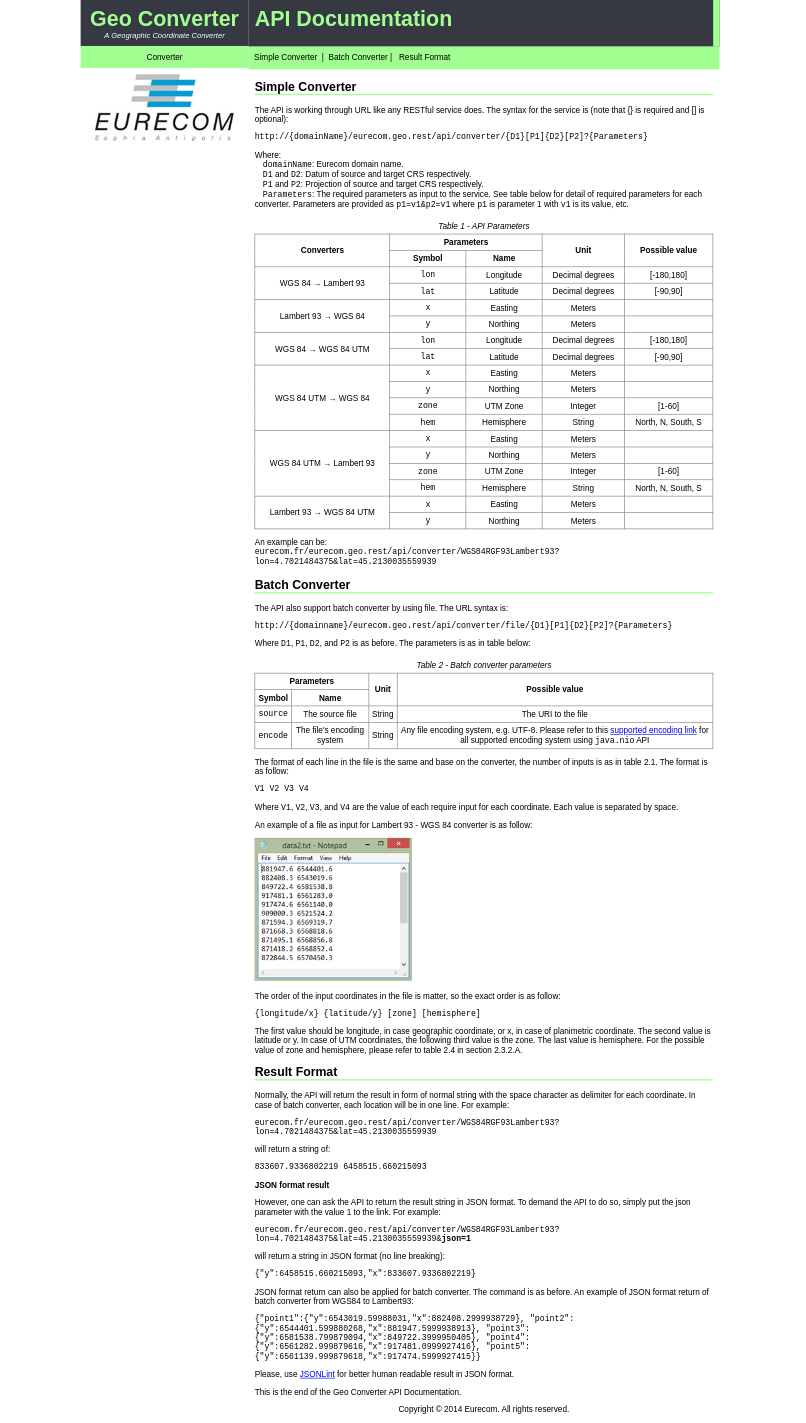
Repository: vienlam/Geo
Page: eurecom.geo.rest/WebContent/readme.html
An editor plug-in stored every save of this project. The page is shown before and after the next save, followed by the edit.
The browser window is 1280 px wide. The pictures show the whole page, at 63% of full size.

Above is the page before, as saved 2014-02-08 20:27:20.

After the next save:
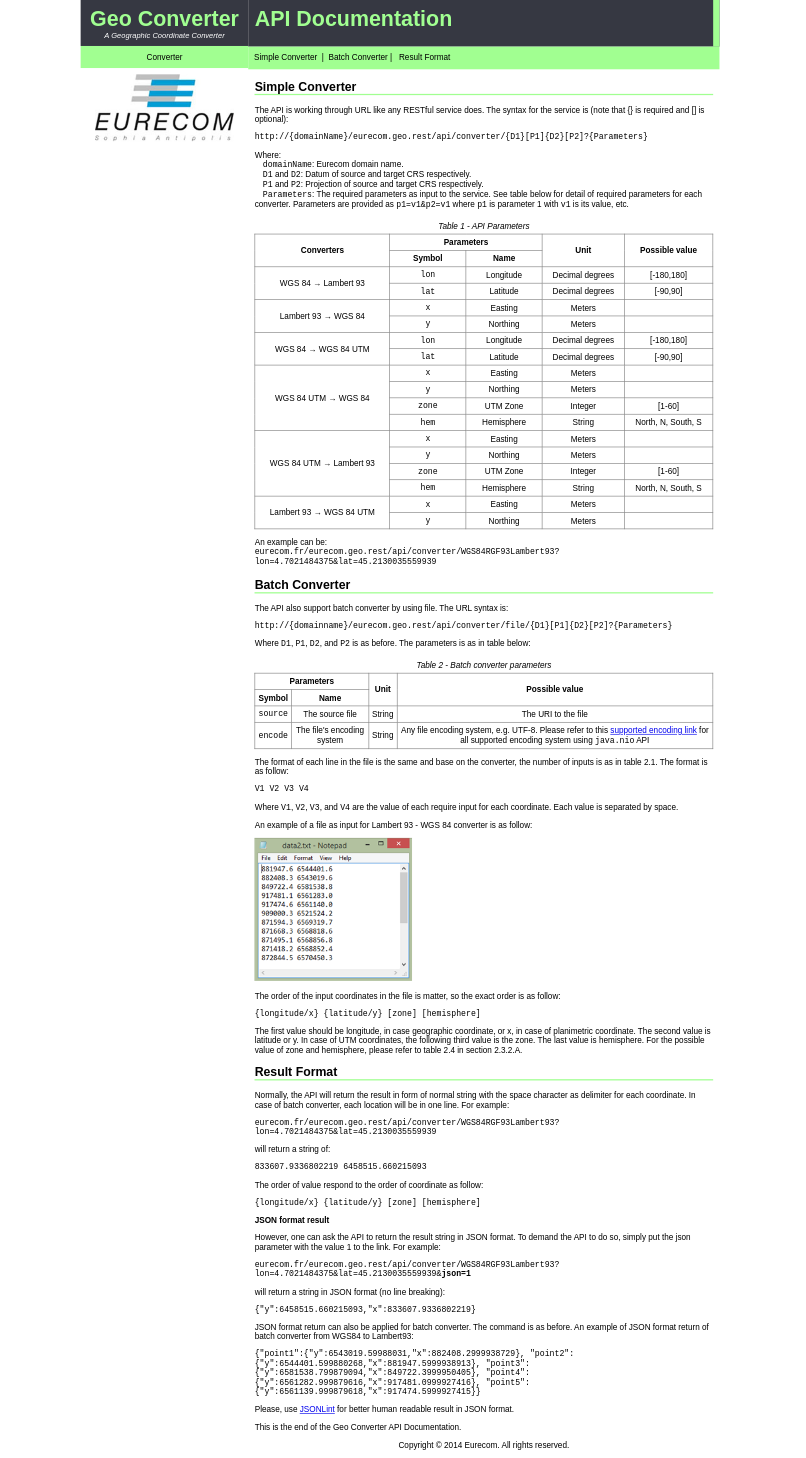
Saved 44 min 41 s later.
--- a/eurecom.geo.rest/WebContent/readme.html
+++ b/eurecom.geo.rest/WebContent/readme.html
@@ -204,6 +204,8 @@
 			<p class="code">eurecom.fr/eurecom.geo.rest/api/converter/WGS84RGF93Lambert93?lon=4.7021484375&lat=45.2130035559939</p>
 			<p>will return a string of:</p>
 			<p class="code">833607.9336802219 6458515.660215093</p>
+			<p>The order of value respond to the order of coordinate as follow:</p>
+			<p class="code">{longitude/x} {latitude/y} [zone] [hemisphere]</p>
 			<p><strong>JSON format result</strong></p>
 			<p>However, one can ask the API to return the result string in JSON format.
 			To demand the API to do so, simply put the json parameter with the value 1 to the link. For example:</p>
